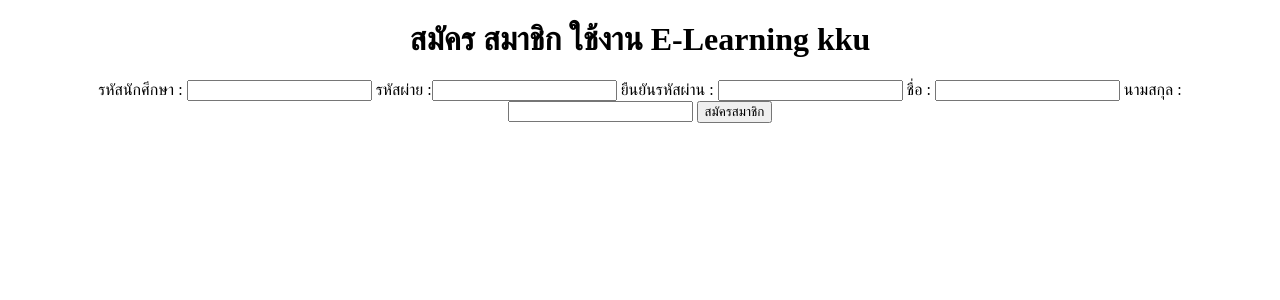
Repository: Wanaratkhamla/LabJavaWeb
Page: http://localhost/TestJoinTable/Register.jsp
An editor plug-in stored every save of this project. The page is shown before and after a run of saves, followed by the edit.
The browser window is 1280 px wide. The pictures show the whole page.
The page is served by Tomcat 9.

Above is the page before, as saved 2017-02-28 18:26:15.

After the next 2 saves:
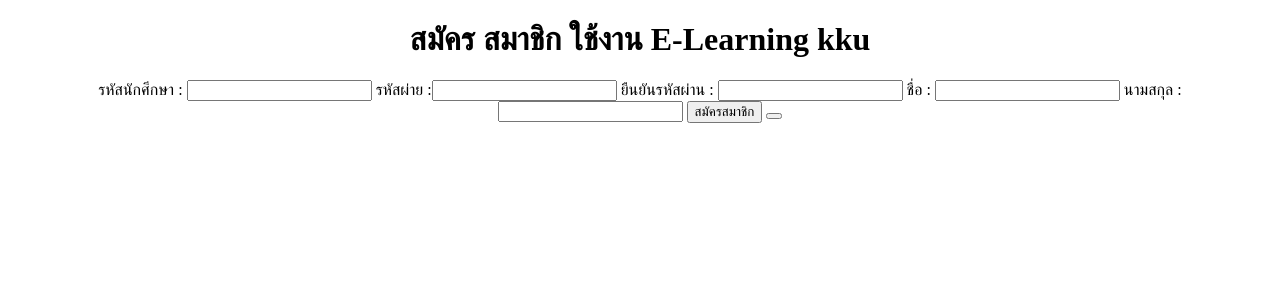
The 2 saves are shown as one change because they came seconds apart.
The last was saved 21 s later.
--- a/TestJoinTable/WebContent/Register.jsp
+++ b/TestJoinTable/WebContent/Register.jsp
@@ -14,6 +14,7 @@
 			<input type="password" name="Password1"> ชื่อ : <input type="text" name="fname">
 		นามสกุล : <input type="text" name="lname">
 		<button type="submit">สมัครสมาชิก</button>
+		<button type="button" onclick="myFunction()"></button>
 	</form>
 	</div>
 	<script>
